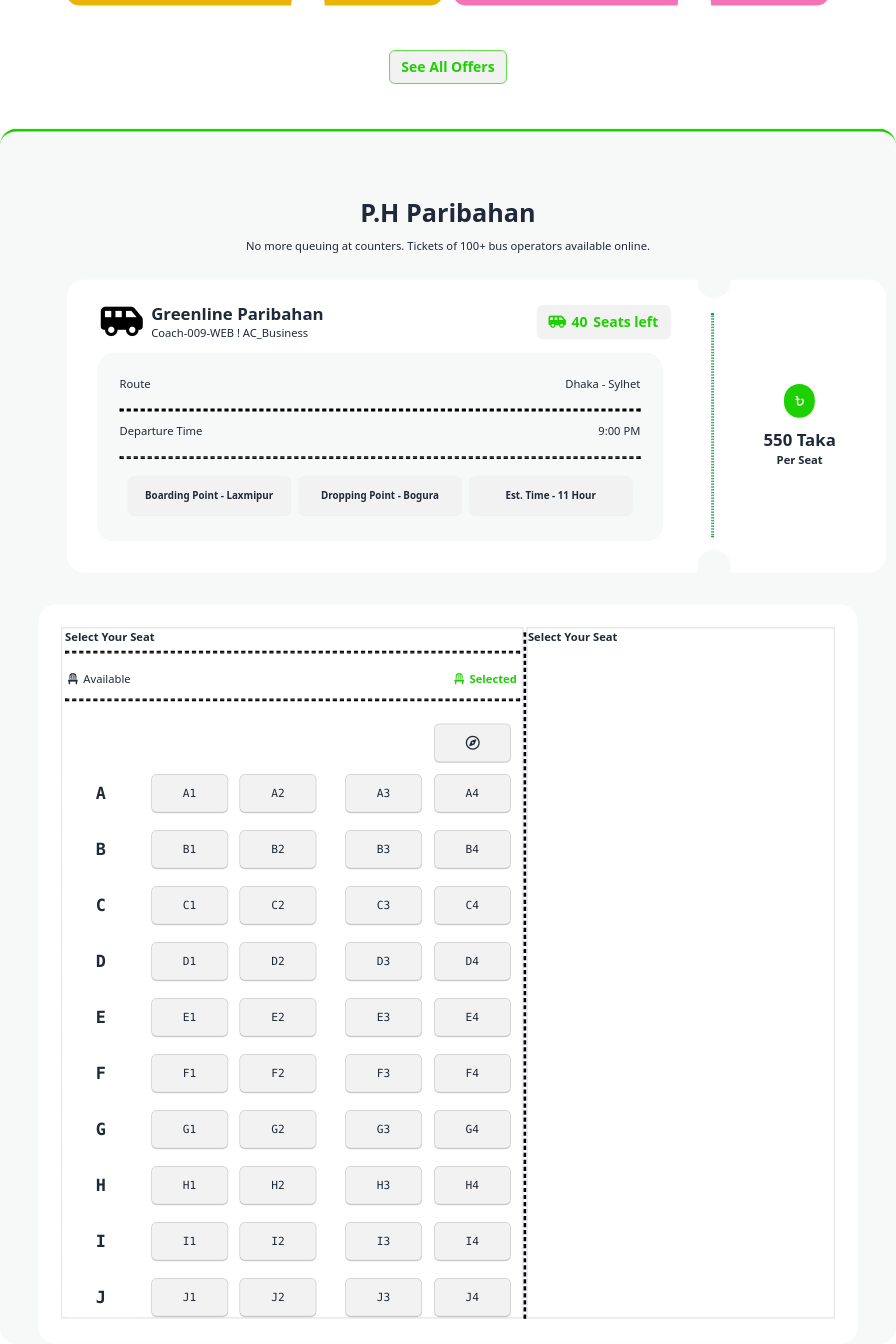
Repository: RudrasahaDibos/Smart-ticketing
Page: index.html
An editor plug-in stored every save of this project. The page is shown before and after the next save, followed by the edit.
The browser window is 1280 px wide. The pictures show the part of the page from y = 1134 to 3054 px (the page is 3054 px tall), at 70% of full size.
Some web fonts or font styles are not loaded; a fallback is used. Some web libraries are served in a nearby version.

Above is the page before, as saved 2024-11-10 14:16:27.

After the next save:
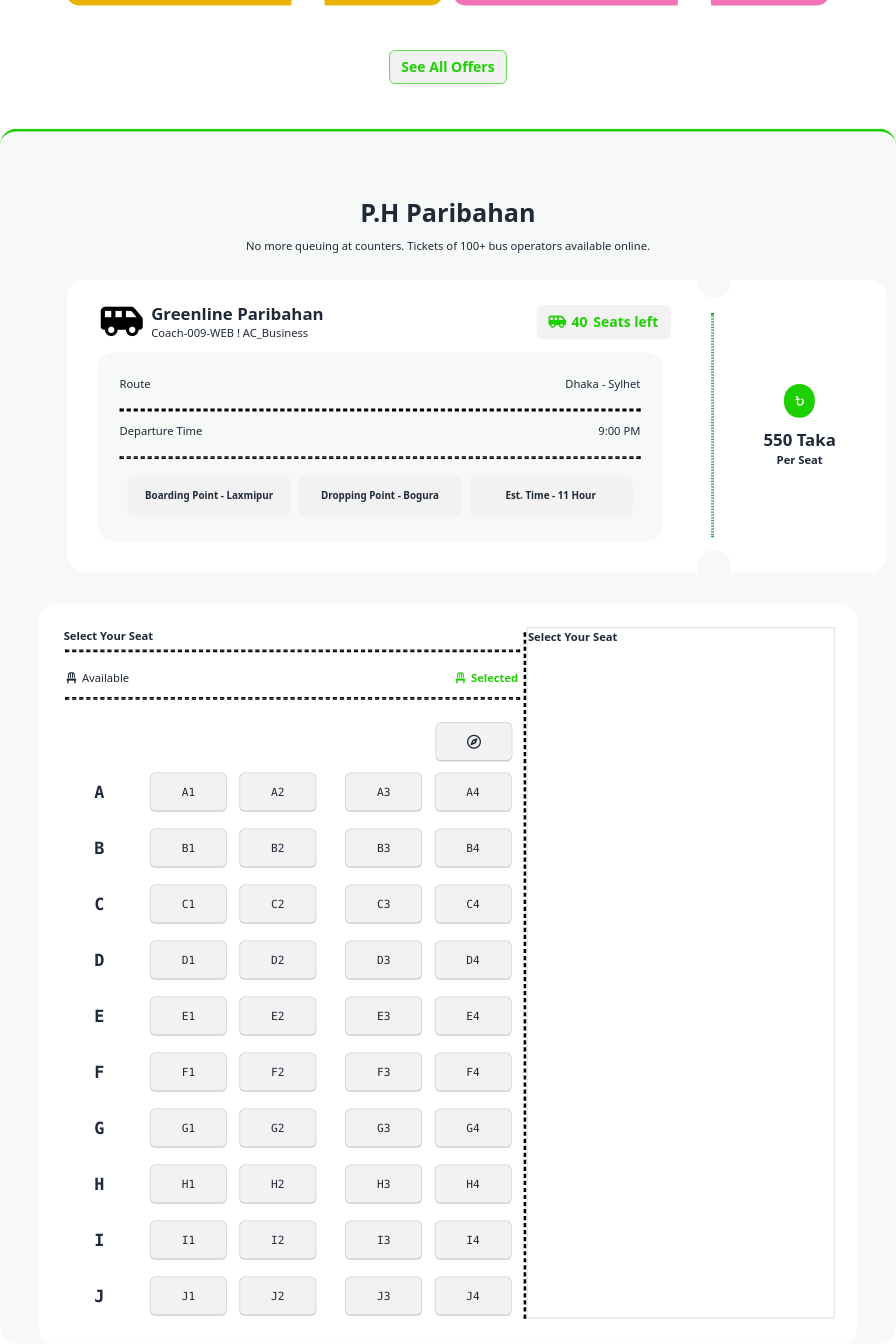
Saved 28 s later.
--- a/index.html
+++ b/index.html
@@ -308,7 +308,7 @@
           class="bg-[#FFFFFF] w-[1170px] h-[1056px] rounded-3xl mt-24 container mx-auto  ">
 
           <div class="flex justify-between p-8">
-            <div class="w-3/5 border-2">
+            <div class="w-3/5 ">
               <p class="font-semibold ml-1">Select Your Seat</p>
               <div
                 class="border-dashed border-black border-2 mt-2  w-[650px] mx-auto h-0"></div>
